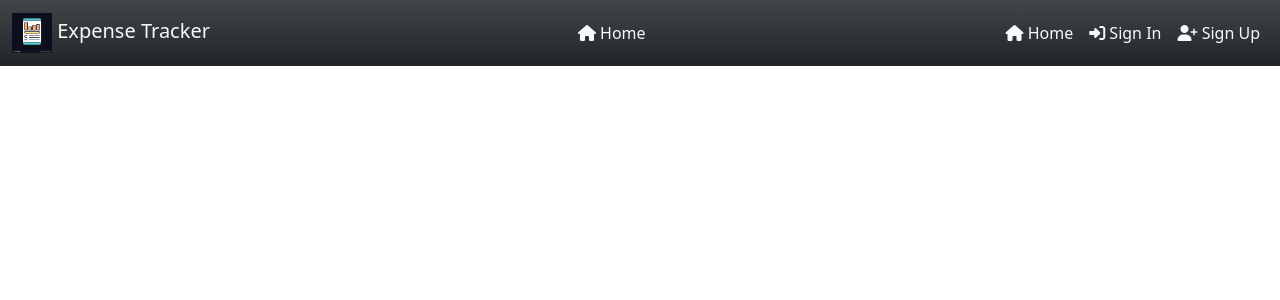
Repository: Gaurav560/OnlineExpenseTracker
Page: http://localhost/Online_Expense_Tracker/
The author's editor kept a copy of each file at every save. The page is drawn from the files as they stood at one save, then again after the next save.
The browser window is 1280 px wide. The pictures show the whole page.
The page is served by Tomcat 9. Other server files are loaded and not shown.

Above is the page before, as saved 2023-05-03 20:35:36.

### Online_Expense_Tracker/src/main/webapp/index.jsp
<%@ page language="java" contentType="text/html; charset=ISO-8859-1"
	pageEncoding="ISO-8859-1"%>
<!DOCTYPE html>
<html>
<head>
<meta charset="ISO-8859-1">
<title>Insert title here</title>
<!--css cdn   -->
<link
	href="https://cdn.jsdelivr.net/npm/bootstrap@5.3.0-alpha3/dist/css/bootstrap.min.css"
	rel="stylesheet"
	integrity="sha384-KK94CHFLLe+nY2dmCWGMq91rCGa5gtU4mk92HdvYe+M/SXH301p5ILy+dN9+nJOZ"
	crossorigin="anonymous">



	<!-- font awesome cdn  -->

	<link rel="stylesheet"
		href="https://cdnjs.cloudflare.com/ajax/libs/font-awesome/6.4.0/css/all.min.css"
		integrity="sha512-iecdLmaskl7CVkqkXNQ/ZH/XLlvWZOJyj7Yy7tcenmpD1ypASozpmT/E0iPtmFIB46ZmdtAc9eNBvH0H/ZpiBw=="
		crossorigin="anonymous" referrerpolicy="no-referrer" />
</head>
<body>

	<!--Navbar starts here  -->


	<nav class="navbar navbar-expand-lg bg-dark  bg-gradient">
		<div class="container-fluid">
			<a class="navbar-brand text-light" href="#"><img src="img/expenseTracker.jpg" style="height:40px; width:40px;"> Expense Tracker</a>
			<button class="navbar-toggler" type="button"
				data-bs-toggle="collapse" data-bs-target="#navbarSupportedContent"
				aria-controls="navbarSupportedContent" aria-expanded="false"
				aria-label="Toggle navigation">
				<span class="navbar-toggler-icon"></span>
			</button>
			<div class="collapse navbar-collapse" id="navbarSupportedContent">

				<ul class="navbar-nav ms-auto mb-2 mb-lg-0">
					<li class="nav-item"><a class="nav-link active text-light"
						aria-current="page" href="#"><i class="fa-solid fa-house"></i>  Home</a></li>

				</ul>


				<ul class="navbar-nav ms-auto mb-2 mb-lg-0">
					<li class="nav-item"><a class="nav-link active text-light"
						aria-current="page" href="#"><i class="fa-solid fa-house"></i>  Home</a></li>
					<li class="nav-item"><a class="nav-link active text-light"
						href="#"><i class="fa-solid fa-right-to-bracket"></i> Sign In</a></li>


					<li class="nav-item "><a class="nav-link active text-light "
						href="#"><i class="fa-solid fa-user-plus"></i> Sign Up</a></li>

				</ul>


			</div>
		</div>
	</nav>
	<!-- Navbar ends here  -->




	<script
		src="https://cdn.jsdelivr.net/npm/bootstrap@5.3.0-alpha3/dist/js/bootstrap.bundle.min.js"
		integrity="sha384-ENjdO4Dr2bkBIFxQpeoTz1HIcje39Wm4jDKdf19U8gI4ddQ3GYNS7NTKfAdVQSZe"
		crossorigin="anonymous"></script>
</body>
</html>

After the next save:
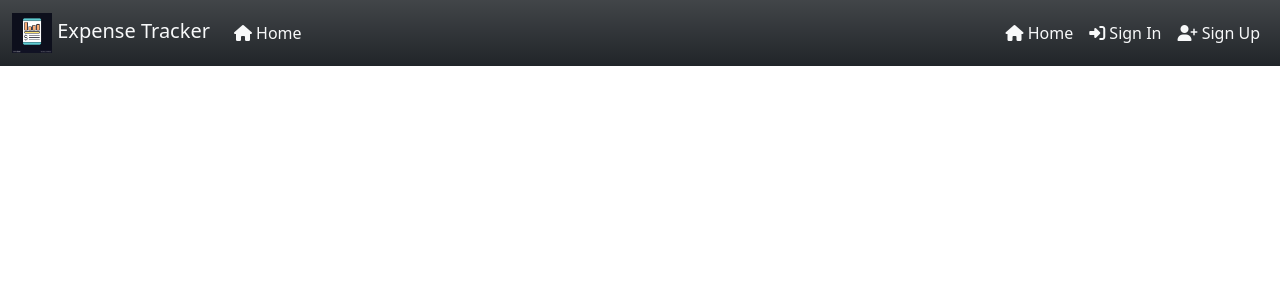
Saved 4 s later.
--- a/Online_Expense_Tracker/src/main/webapp/index.jsp
+++ b/Online_Expense_Tracker/src/main/webapp/index.jsp
@@ -37,7 +37,7 @@
 			</button>
 			<div class="collapse navbar-collapse" id="navbarSupportedContent">
 
-				<ul class="navbar-nav ms-auto mb-2 mb-lg-0">
+				<ul class="navbar-nav me-auto mb-2 mb-lg-0">
 					<li class="nav-item"><a class="nav-link active text-light"
 						aria-current="page" href="#"><i class="fa-solid fa-house"></i>  Home</a></li>
 
